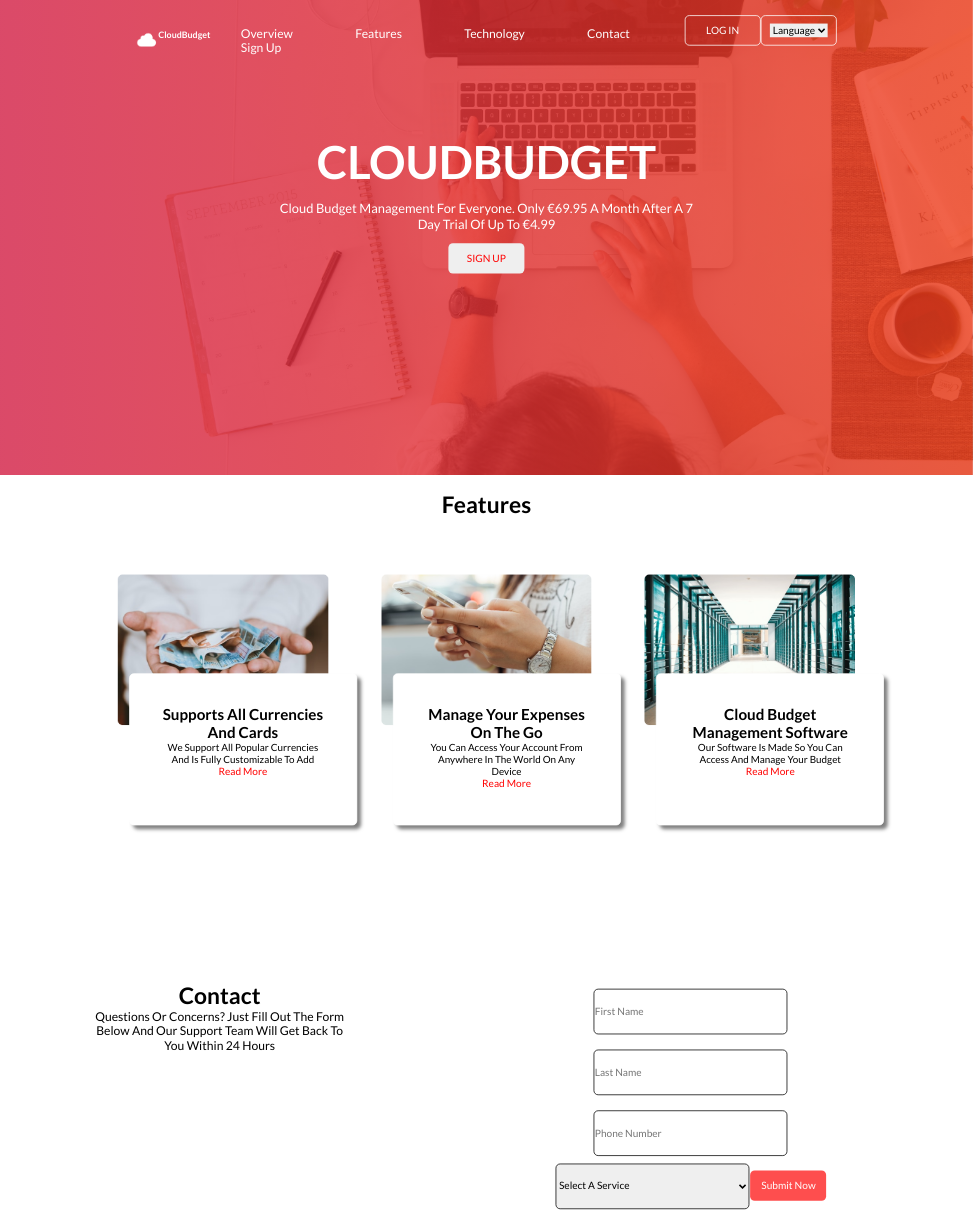
Repository: havvanurrana/website3
Page: index.html
These files come from the project's save history. The page is drawn as it stood at one moment and after the next save; the edit follows.
The browser window is 1280 px wide. The pictures show the whole page, at 76% of full size.

Above is the page before, as saved 2024-07-30 11:43:27.
Console error: TypeError: Cannot read properties of null (reading 'addEventListener')

### index.html
<!DOCTYPE html>
<html lang="tr">
  <head>
    <meta charset="UTF-8" />
    <meta name="viewport" content="width=device-width, initial-scale=1.0" />
    <title>CloudBudget</title>
    <link rel="stylesheet" href="style.css" />
    <link
      rel="stylesheet"
      href="https://cdnjs.cloudflare.com/ajax/libs/font-awesome/6.5.2/css/all.min.css"
      integrity="sha512-SnH5WK+bZxgPHs44uWIX+LLJAJ9/2PkPKZ5QiAj6Ta86w+fsb2TkcmfRyVX3pBnMFcV7oQPJkl9QevSCWr3W6A=="
      crossorigin="anonymous"
      referrerpolicy="no-referrer"
    />
    <link
      href="https://fonts.googleapis.com/css2?family=Lato:wght@400;700&display=swap"
      rel="stylesheet"
    />
  </head>
  <body>
    <section class="overview-section">
        <div class="linear-gradient"></div>
        <div class="content">
            <h3>CLOUDBUDGET</h3>
            <p>
                Cloud budget management for everyone. Only €69.95 a Month After a 7
                Day Trial of Up to €4.99
            </p>
            <button>SIGN UP</button>
        </div>
    </section>
    <header class="header-menu">
        <div class="markaamblem">
            <img src="assets/cloud.png" />
            <h3>CloudBudget</h3>
        </div>
        <nav class="navbar">
            <a href="#" class="navbarsect">Overview</a>
            <a href="#" class="navbarsect">Features</a>
            <a href="#" class="navbarsect">Technology</a>
            <a href="#" class="navbarsect">Contact</a>
            <a href="#" class="navbarsect">Sign Up</a>
        </nav>
        <div class="buttons">
            <button>LOG IN</button>
            <button>
                <select id="language" name="language">
                    <option value="">language</option>
                    <option value="uk">UK</option>
                    <option value="turk">Turkish</option>
                    <option value="sp">Spanish</option>
                    <option value="fr">French</option>
                </select>
            </button>
                <div class="toggle-menu">
                    <button>
                        <i class="fas fa-bars"></i>
                    </button>
                </div>
        </div>
    </header>

    <!--features kısmı -->
    <div class="featureshead">
        <h1>Features</h1>
    </div>
    <div class="features">
        <div class="featuressection">
            <div class="img">
                <img src="../assets/money.png" />
            </div>
            <div class="featurescard">
                <div>
                    <h1>Supports All Currencies and Cards</h1>
                </div>
                <div>
                    <p>
                        We support all popular currencies and is fully customizable to add
                    </p>
                </div>
                <button>Read More</button>
            </div>
      </div>
      <div class="featuressection">
          <div>
                <div class="img">
                    <img src="../assets/hand.png" />
                </div>
                <div class="featurescard">
                    <h1>Manage your expenses on the go</h1>
                        <p>
                          You can access your account from anywhere in the world on any
                          device
                        </p>
                    <button>Read More</button>
                </div>
            </div>
      </div>
          <div class="featuressection">
              <div>
                    <div class="img">
                        <img src="../assets/building.png" />
                    </div>
                    <div class="featurescard">
                          <h1>Cloud Budget Management Software</h1>
                          <p>Our software is made so you can access and manage your budget</p>
                          <button>Read More</button>
                    </div>
              </div>
          </div>
    </div>
    <!--contact kısmı-->
    <section >
        <div class="contact">
        <div class="contact-text">
            <h1>Contact</h1>
            <p>
              Questions or concerns? Just fill out the form below and our support
              team will get back to you within 24 hours
            </p>
        </div>
        <div class="input">
            <input
            type="text"
            id="username"
            name="username"
            placeholder="First Name"
            />
            <input
            type="text"
            id="username"
            name="username"
            placeholder="Last Name"
            />
            <input
            type="text"
            id="username"
            name="username"
            placeholder="Phone Number"
            />
            <select id="service" name="service">
            <option value="">Select a service</option>
            <option value="service1">Service 1</option>
            <option value="service2">Service 2</option>
            <option value="service3">Service 3</option>
            <option value="service4">Service 4</option>
            </select>
            <button>Submit now</button>
        </div>
    </div>
    </section>
    <script>
        document.addEventListener('DOMContentLoaded', function() {
  const menuIcon = document.getElementById('menu-icon');
  const navList = document.getElementById('nav-list');

  menuIcon.addEventListener('click', function() {
    navList.classList.toggle('show');
  });
});
    </script>
  </body>
</html>

### style.css
/* genel*/
*{
   margin:0;
   padding: 0;
   box-sizing: border-box;
   outline: none;
   border: none;
   text-decoration: none;
   text-transform: capitalize;
   font-family: Lato;
}

html {
    font-size: 62.5%;
    overflow-x: hidden;
    scroll-behavior: smooth;
    scroll-padding-top: 9rem ;
 }
h1{
   font-size: 30px;
}
 /* header menu ve  amblem ve ilk ekran cssleri*/

.markaamblem{
   display: flex;
   justify-content: flex-start;
   color: white;
}

.header-menu{
   display: flex;
   justify-content: flex-end;
   align-items: center ;
   padding: 0 7%;
   margin: 2rem 7%;
   z-index: 3;
   top: 0;
   position:absolute;
}
.header-menu .navbar a{
   margin: 0 4rem;
   font-size: 1.6rem;
   color: white;
   z-index: 2;
}
  .header-menu button{
   border: 1px , solid, rgb(255, 255, 255);
   border-radius: 6px;
   color:rgb(255, 255, 255);
   width: 100px;
   height: 40px;
   gap: 0px;
   background-color: transparent;
}
 .header-menu .buttons{
   width: 200px;
   height: 65px;
   left: 0;
   display: flex;
   justify-content: flex-end;
}
.overview-section{
   min-height: 100vh;
   display: flex;
   text-align: center;
   align-items: center;
   justify-content: center;
   background:  url(../assets/image1.png)
   no-repeat;
   background-size: cover;
   margin-top: -9.5rem;
}

.overview-section .content {
   max-width: 60rem;
   margin: 0.5rem;
   z-index: 2;
}
.overview-section .content h3{
   font-size: 6rem;
   margin: 0.5rem;
   color: white;
}
.overview-section .content p{
   font-size: 1.7rem;
   margin: 1.5rem;
   color: white;
}
.overview-section .content button{
   border:1px;
   width: 100px;
   height: 40px;
   border-radius: 6px;
   color: red;

}

.linear-gradient{
   min-height: 100vh;
   width: 100%;
   display: flex;
   z-index: 1;
   background: linear-gradient(90deg, rgba(213, 32, 71, 0.8) 0%, rgba(238, 61, 27, 0.8) 100%);
   position: absolute;
}

/* features kısmı*/
/* başlık*/
.featureshead{
   text-align: center;
   justify-content: center;
   margin: 10px;
   padding: 10px;
}
/* Kartlar*/
.features{
   display: grid;
   grid-template-columns: repeat(auto-fit, minmax(30rem, 1fr));
   margin:3rem;
   padding: 0 7%;
}
.featurescard{
   border-radius: 6px;
   border: 1px, solid, rgb(255, 255, 255);
   width: 30rem;
   height: 20rem;
   text-align: center;
   justify-content: center;
   align-items: center;
   padding: 4rem;
   margin: 3rem;
   background-color: white;
   transform: translate(-5%,-50%);
   box-shadow: 5px 5px 5px rgba(0, 0, 0,0.5);
}
.featuressection{
   justify-content: center;
   align-items: center;
   margin: 10px;
   padding: 25px;
}
.features img{
   width: 100%;
   object-fit: cover;
}
.featurescard h1{
   font-size: 20px;
}
.featurescard p{
   font-size: 13px;
}
.featurescard button{
   border: none;
   background-color: transparent;
   color: red;
}

/*Contact kısmı */


.contact{
   display: flex;
   flex-direction: row;
   margin: 2rem;
}
.contact div{
   text-align: center;
   justify-content: center;
   align-items: center;
   padding: 0 7%;
   margin: 1rem;
}
.contact h1{
   font-size: 30px;
}
.contact p{
   font-size: 16px;
}
input{
   width: 255px;
   height: 60px;
   border: 1px, solid, black;
   border-color: rgb(0, 0, 0);
   border-radius: 6px;
   margin: 1rem;
}
.contact select{
   width: 255px;
   height: 60px;
   border: 1px, solid, black;
   border-color: rgb(0, 0, 0);
   border-radius: 6px;
}
.contact button{
   width: 100px;
   height: 40px;
   border-radius: 6px;
   color: white;
   background-color: rgb(254, 78, 78);
}


/* toggle menu*/

.toggle-menu {
   display: none;
}

@media (max-width: 1000px) {
   .navbar {
       display: none;
   }
   .toggle-menu {
       display: block;
   }
}

.toggle-menu.active + .navbar {
   display: flex;
   flex-direction: column;
   position: absolute;
   top: 100%;
   left: 0;
   right: 0;
   background-color: #333;
   z-index: 1;
}

.toggle-menu button {
   background: none;
   border: none;
   color: white;
   font-size: 2rem;
}

After the next save:
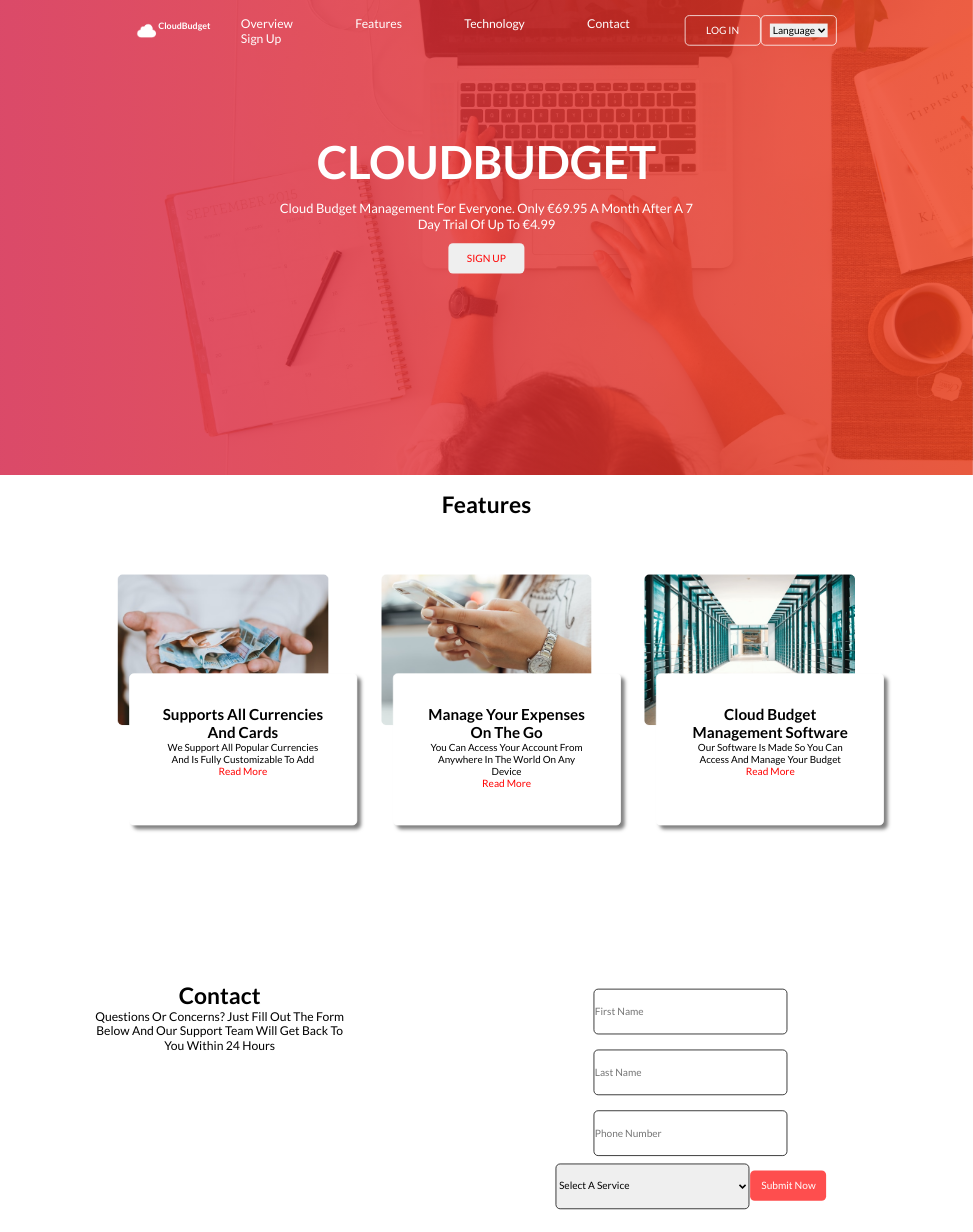
Saved 2 min 24 s later.
--- a/style.css
+++ b/style.css
@@ -53,8 +53,6 @@ h1{
    background-color: transparent;
 }
  .header-menu .buttons{
-   width: 200px;
-   height: 65px;
    left: 0;
    display: flex;
    justify-content: flex-end;
